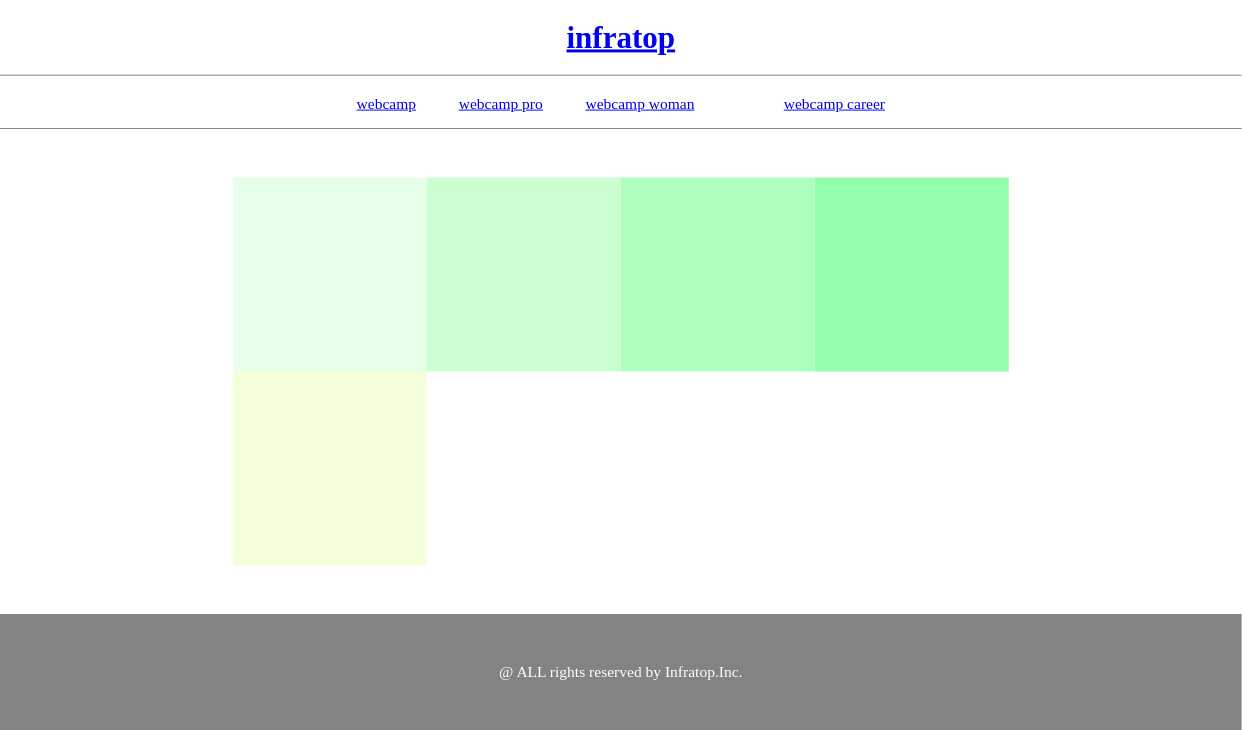
Repository: ayakodesu/html-practice
Page: 5/5sixyou.html
The author's editor kept a record of every edit. The page is drawn from the files as they stood at one moment, then again after the next edit.
The browser window is 1280 px wide. The pictures show the whole page, at 97% of full size.

Above is the page before.

### 5/5sixyou.html
<!DOCTYPE html>
<html iang="ja">
  <head>
    <meta charset="UTF-8" />
    <link rel="stylesheet" href="5sixyou.css" />
    <title>infratop</title>
  </head>

  <body>
 <header>
   <h1 class="heading">
     <a href="5sixyou.html">
       infratop
     </a>

   </h1>
 </header>
 <nav>
   <ul class="nav-list">
     <li class="nav-list-item">
       <a href="5sixyou.html">webcamp</a>
       </li>
      <li class="nav-list-item">
       <a href="5sixyou.html">webcamp pro</a>
       </li>
      <li class="nav-list-item">
       <a href="5sixyou.html">webcamp woman</a>
       </li>
　　　<li class="nav-list-item">
       <a href="5sixyou.html">webcamp career</a>
       </li>




   </ul>
 </nav>
 <div class="main-visual">
   <div class="main-visual-content"></div>
 </div>

 <div class="main">
   <div class="box1"></div>
   <div class="box2"></div>
   <div class="box3"></div>
   <div class="box4"></div>
   <div class="box5"></div>
 </div>


 </div>

 <footer>
   <p class="footer-text">@ ALL rights reserved by Infratop.Inc.</p>
   </p>
 </footer>

    </div>
  </body>
</html>

### 5/5sixyou.css
* {
  margin: 0;
  padding: 0;
  box-sizing: border-box;
}

header {
  width: 100%;
  padding: 20px 0;
  text-align: center;
}

.nav-list-item {
  list-style: none;
  display: inline-block;
  margin: 0 20px;
}



.nav-list {
  text-align: center;
  padding: 15px 0;
  margin: 0 auto;
   border-bottom: 1px solid #848282;
  border-top: 1px solid #848282;
}


.nav-list-item {
  list-style: none;
  display: inline-block;
  margin: 0 20px;
}

.main {
  width: 800px;
  margin: 50px auto;
  display: flex;
  flex-wrap: wrap;
}

.box1 {
  width: 200px;
  height: 200px;
  background-color: #e6ffe9;
}

.box2 {
  width: 200px;
  height: 200px;
  background-color: #cbffd3;
}

.box3 {
  width: 200px;
  height: 200px;
  background-color: #aeffbd;
}

 .box4 {
  width: 200px;
  height: 200px;
  background-color: #93ffab;
}

 .box5 {
  width: 200px;
  height: 200px;
   background-color: #f3ffd8;
}

.box6 {
  width: 200px;
  height: 200px;
   background-color: #edffbe;
}

.box7 {
  width: 200px;
  height: 200px;
   background-color: #e9ffa5;
}

.box8 {
  width: 200px;
  height: 200px;
   background-color: #e4ff8d;
}

.box9 {
  width: 200px;
  height: 200px;
   background-color: #d9e5ff;
}

.box10 {
  width: 200px;
  height: 200px;
   background-color: #bad3ff;
}
.box11 {
  width: 200px;
  height: 200px;
   background-color: #a4c6ff;
}

.box12 {
  width: 200px;
  height: 200px;
   background-color: #8eb8ff;
}


footer {
  width: 100%;
  height: 120px;
  text-align:center;
  line-height: 120px;
  background-color: #848282;
}





.footer-text {
  color: #fff;
}

After the next edit:
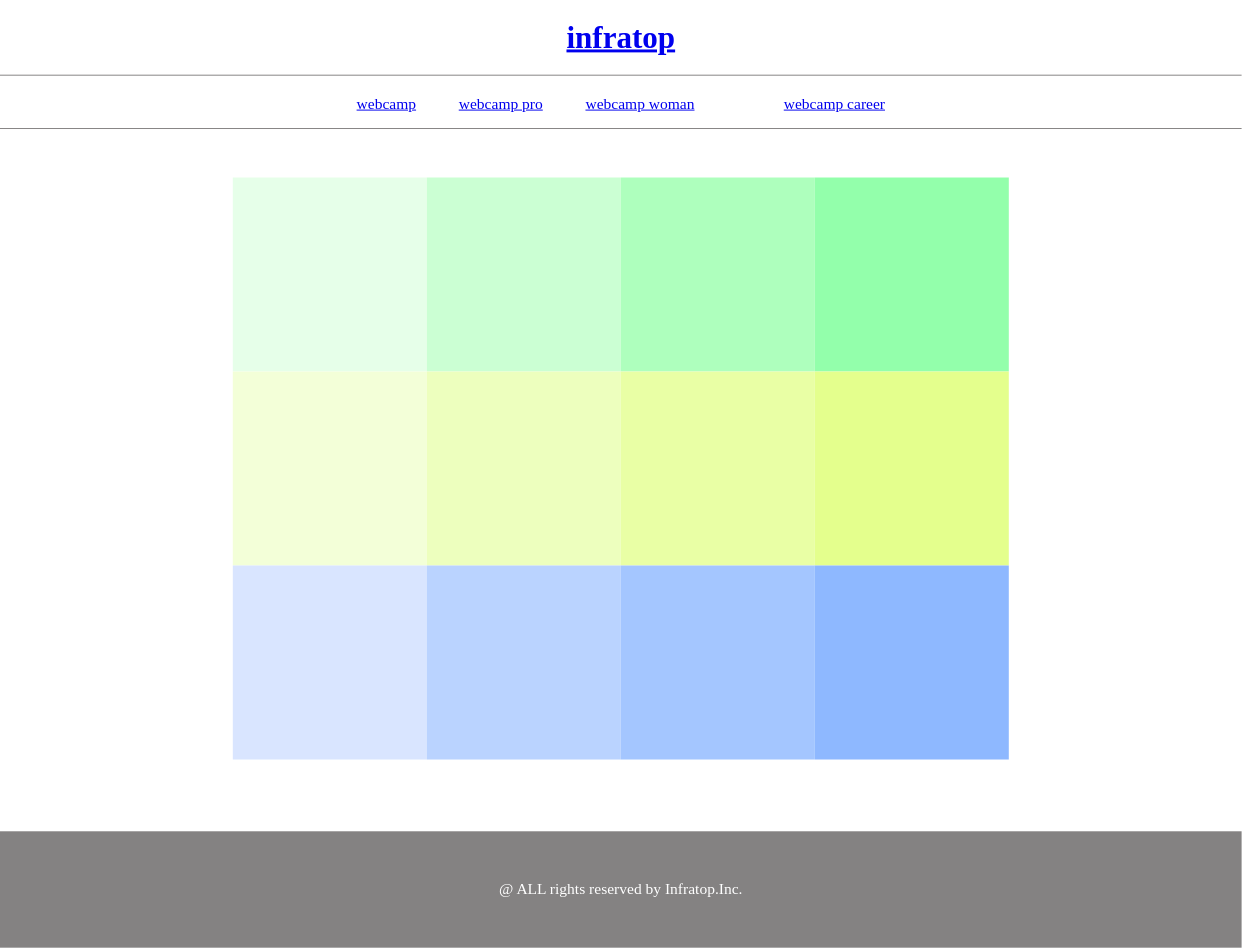
The edit:
--- a/5/5sixyou.html
+++ b/5/5sixyou.html
@@ -45,6 +45,15 @@
    <div class="box3"></div>
    <div class="box4"></div>
    <div class="box5"></div>
+   <div class="box6"></div>
+   <div class="box7"></div>
+   <div class="box8"></div>
+   <div class="box9"></div>
+   <div class="box10"></div>
+   <div class="box11"></div>
+   <div class="box12"></div>
+
+
  </div>
 
 
